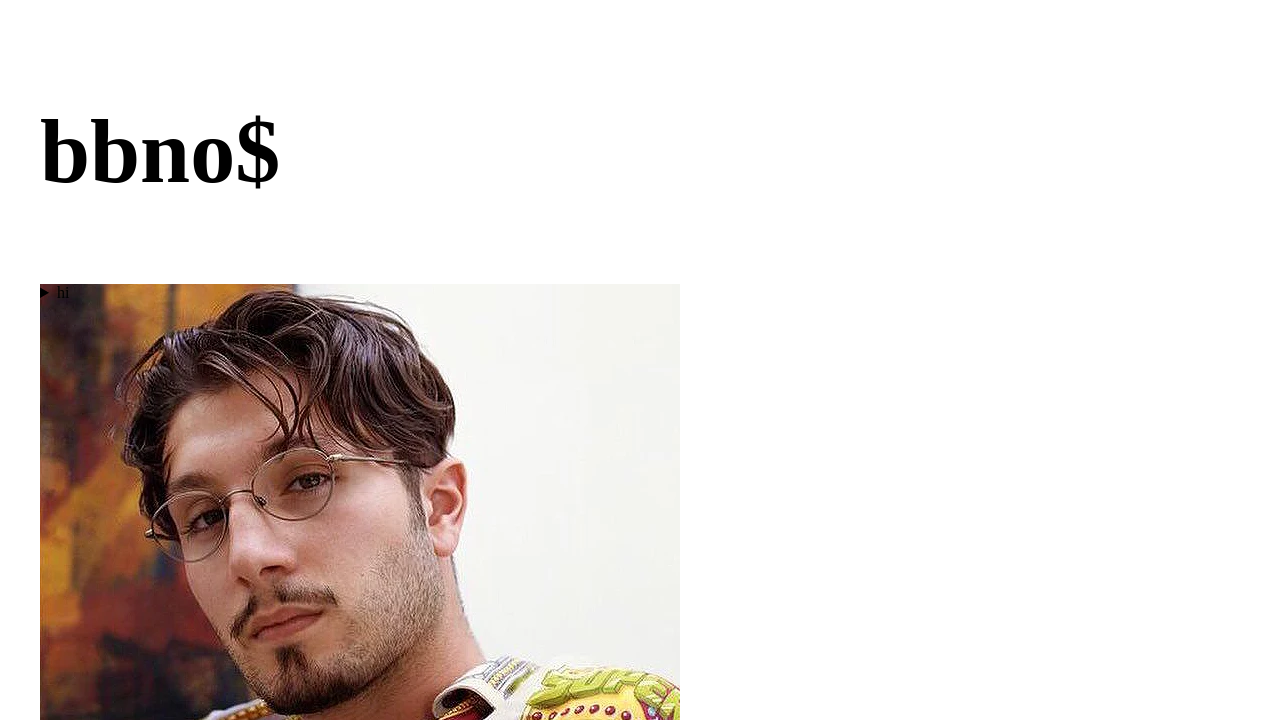
Repository: Jennica1/Lab1
Page: /
An editor plug-in stored every save of this project. The page is shown before and after the next save, followed by the edit.
The browser window is 1280 px wide. The pictures show the whole page.
The project was rebuilt for these pictures with package versions that can differ from the ones it lists, and the page was loaded fresh each time. Also part of the build but not shown: vite.config.js, src/index.css.

Above is the page before, as saved 2024-09-09 18:16:11.

### index.html
<!doctype html>
<html lang="en">
  <head>
    <meta charset="UTF-8" />
    <link rel="icon" type="image/svg+xml" href="/vite.svg" />
    <meta name="viewport" content="width=device-width, initial-scale=1.0" />
    <title>Top bbno$ Albums</title>
  </head>
  <body>
    <div id="root"></div>
    <script type="module" src="/src/main.jsx"></script>
  </body>
</html>

### src/App.jsx
import { useState } from 'react'
import reactLogo from './assets/react.svg'
import viteLogo from '/vite.svg'

import './App.css'

function App() {

  return (
    <>
      <header className='header'>
        <h1>bbno$</h1>
      </header>
      <main className='main'>
        <div className='split left'>
          <img src="/images/bbno$_profile.webp" alt='bbno$' />
        </div>
        <div className='split right'>
          <details>
            <summary>hi</summary>
            <p>hello</p>
            <p>hello</p>
          </details>
        </div>
      </main>


    </>
  )
}

export default App

### src/App.css
#root {
  max-width: 1280px;
  margin: 0 auto;
  padding: 2rem;
}

.header {
  font-size: 45px;
}

.main{

}

.split {
position: fixed;
height: 100%;
width: 50%;
overflow-x: hidden;
padding-top: 20px;
}

Loaded but not shown: src/main.jsx (common file)

After the next save:
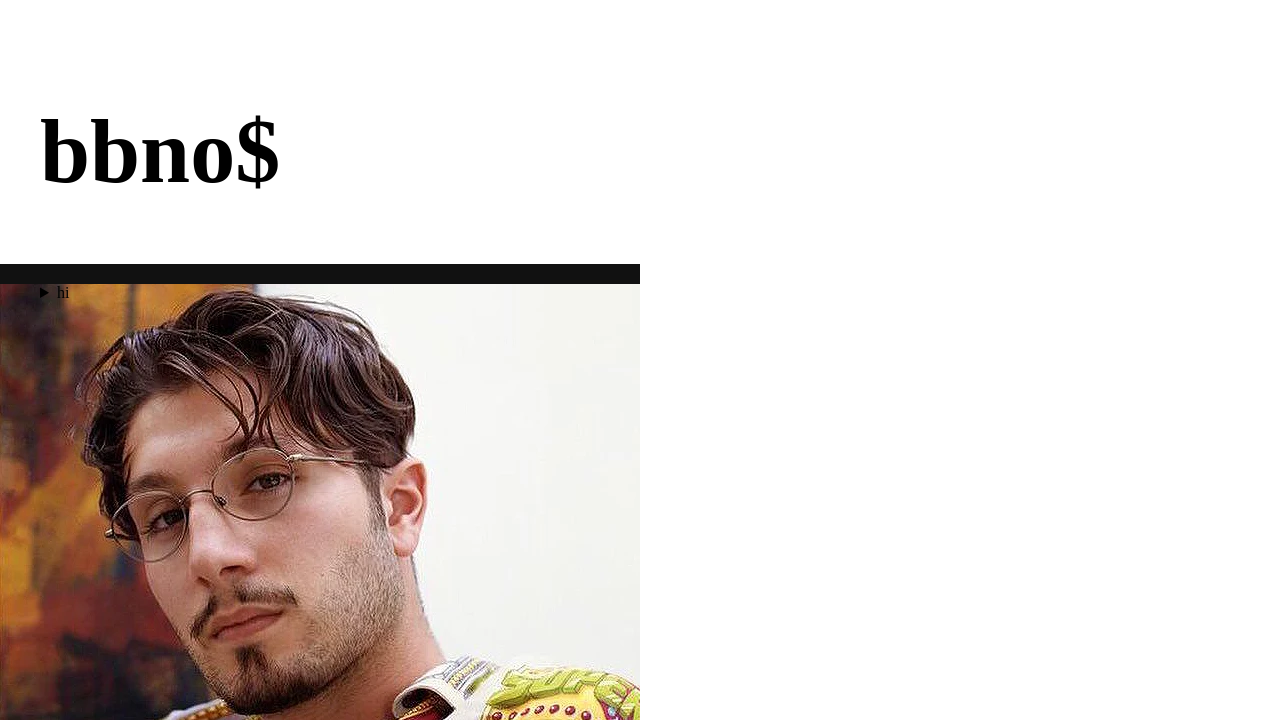
Saved 14 s later.
--- a/src/App.css
+++ b/src/App.css
@@ -19,3 +19,8 @@
 overflow-x: hidden;
 padding-top: 20px;
 }
+
+.left {
+  left: 0;
+  background-color: #111;
+}
